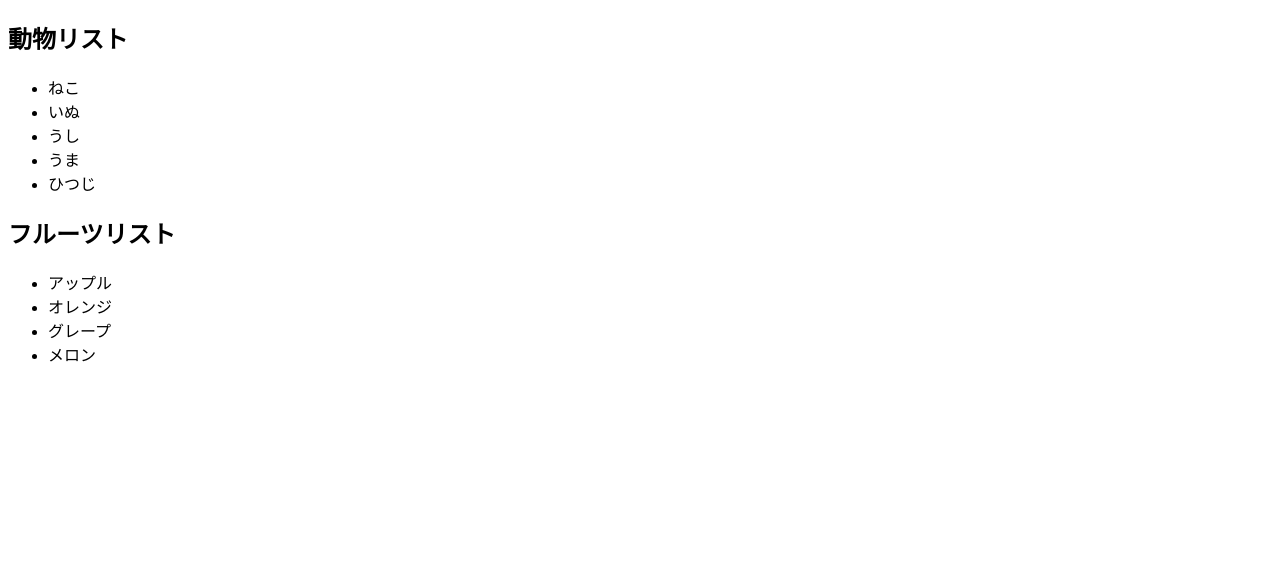
Repository: wadashuri/gourmet-website-develop
Page: js.1/07/func_sample1.html
The author's editor kept a record of every edit. The page is drawn from the files as they stood at one moment, then again after the next edit.
The browser window is 1280 px wide. The pictures show the whole page.

Above is the page before.

### js.1/07/func_sample1.html
<!DOCTYPE html>
<html lang="ja">
<head>
    <meta charset="UTF-8">
    <meta name="viewport" content="width=device-width, initial-scale=1.0">
    <meta http-equiv="X-UA-Compatible" content="ie=edge">
    <title>Document</title>
</head>
<body>

<script>

let animals = ['ねこ', 'いぬ', 'うし', 'うま', 'ひつじ'];
let fruits = ['アップル', 'オレンジ', 'グレープ', 'メロン'];
let drinks = ['コーラ', 'サイダー', 'お茶', 'コーヒー'];

const show_list = (items) => {
    document.write('<ul>');
    for (let item of items) {
        document.write(`<li>${item}</li>`);
    }
    document.write('</ul>');
};

document.write('<h2>動物リスト</h2>');
show_list(animals);

document.write('<h2>フルーツリスト</h2>');
show_list(fruits);

</script>

</body>
</html>

After the next edit:
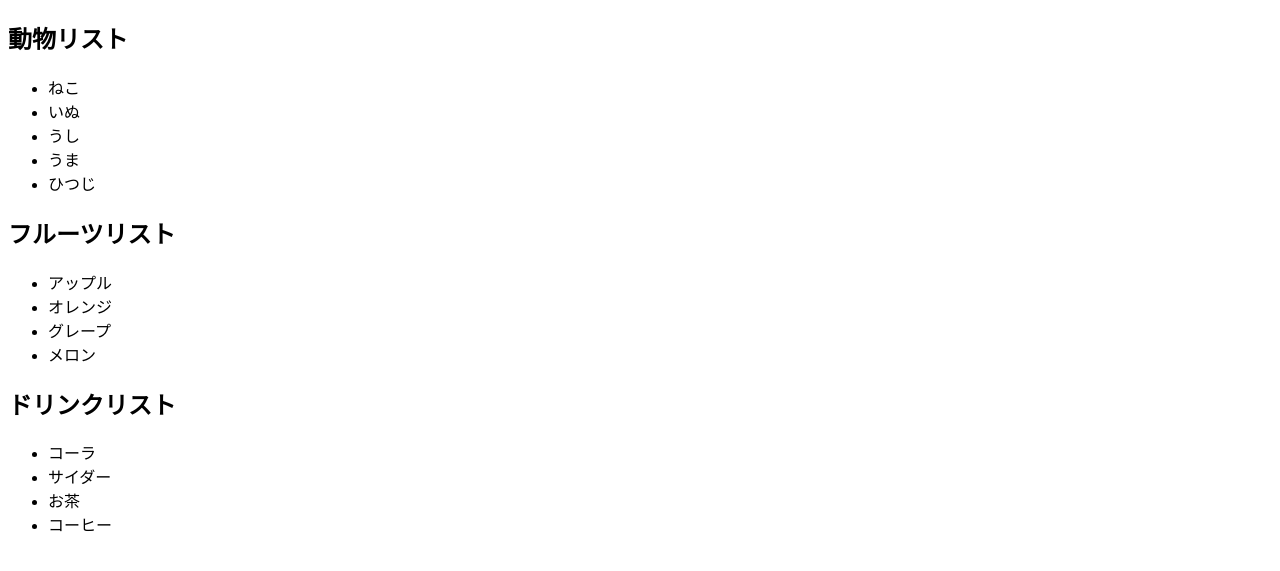
The edit:
--- a/js.1/07/func_sample1.html
+++ b/js.1/07/func_sample1.html
@@ -28,6 +28,9 @@
 document.write('<h2>フルーツリスト</h2>');
 show_list(fruits);
 
+document.write('<h2>ドリンクリスト</h2>');
+show_list(drinks);
+
 </script>
 
 </body>
